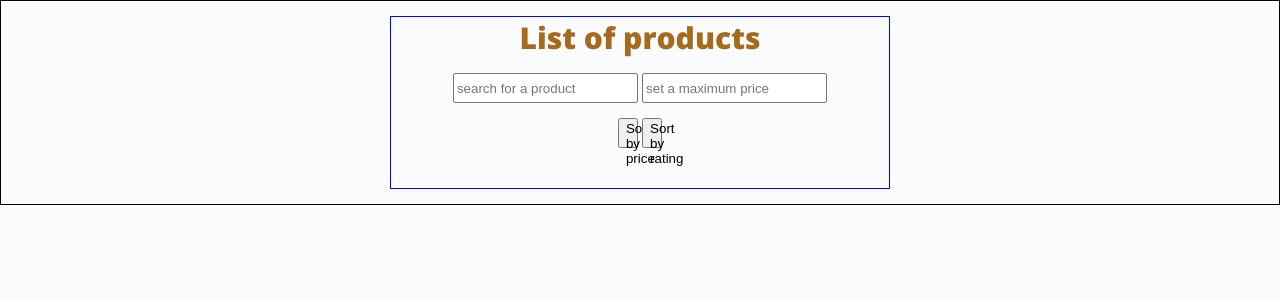
Repository: andrii1/hyf-homework
Page: javascript/javascript2/week2/hyf-bay/index.html
The author's editor kept a copy of each file at every save. The page is drawn from the files as they stood at one save, then again after the next save.
The browser window is 1280 px wide. The pictures show the whole page.

Above is the page before, as saved 2022-07-06 12:36:23.

### javascript/javascript2/week2/hyf-bay/index.html
<head>
  <title>HyfBay - list of products</title>
  <meta name="viewport" content="width=device-width, initial-scale=1" />
  <link rel="stylesheet" type="text/css" href="main.css" />
  <link
    href="https://fonts.googleapis.com/css?family=Open+Sans:400,800"
    rel="stylesheet"
  />
</head>

<body>
  <main>
    <section class="box-products">
      <h1>List of products</h1>
      <form action="#" class="form">
        <input type="text" id="search" placeholder="search for a product" />
        <input
          type="text"
          id="maximumPrice"
          placeholder="set a maximum price"
        />
      </form>
      <button id="price-sort">Sort by price</button>
      <button id="rating-sort">Sort by rating</button>
      <ul id="list"></ul>
    </section>
  </main>
  <script src="hyfBayHelpers.js"></script>
  <script src="main.js"></script>
</body>

### javascript/javascript2/week2/hyf-bay/main.css
body {
    font-family: "Open Sans", sans-serif;
    background-color: #F9FBFD;
}

* {
    box-sizing: border-box;
}

body, h1, h2 {
    margin: 0;
}

h1 {
  font-size: 30px;
  color: rgb(167, 105, 28);
}

h2 {
  font-size: 24px;
}

ul {
    list-style-type: none;
    margin: 0;
    padding: 10;
}

main {
  display: flex;
  align-items: center;
  justify-content: center;
  padding:15;
  align-items: center;
  border: 1px solid black;
}

.box-products {
  width: 500px;
  border: 1px solid blue;
  text-align: center
}

form {
  margin: 15 0;
}

input[type=text] {
  height: 30px;
}

button {
  width: 20px;
  height: 30px;
}

### javascript/javascript2/week2/hyf-bay/hyfBayHelpers.js
/* DONT MODIFY ANY OF THIS CODE!!!*/

window.getAvailableProducts = function () {
  function getRandomInt(min, max) {
    min = Math.ceil(min);
    max = Math.floor(max);
    return Math.floor(Math.random() * (max - min + 1)) + min;
  }

  function getRandomItem(availableProductNames) {
    return availableProductNames[
      getRandomInt(0, availableProductNames.length - 1)
    ];
  }

  function getRandomProductname() {
    const preWords = [
      "Used",
      "Fantastic",
      '"Used"',
      "Broken",
      "Beautiful",
      "Wet",
      "Green",
      "Sloppy",
      "Dirty",
    ];
    const productNames = [
      "Carrot",
      "Drone",
      "Giftcard",
      "Puppy",
      "Car",
      "Shirt",
      "Milk",
      "Chalk",
      "Fish fingers",
      "Socks",
      "Chocolate",
      "Toothbrush",
      "Computer",
      "Nokia",
      "Cologne",
    ];

    let chosenProductName = getRandomItem(productNames);
    const shouldHavePreWord = getRandomInt(0, 10) > 6;

    if (shouldHavePreWord) {
      const preWord = preWords[getRandomInt(0, preWords.length - 1)];
      chosenProductName = `${preWord} ${chosenProductName}`;
    }

    return chosenProductName;
  }

  const numberOfAvailableProducts = getRandomInt(0, 30);
  const availableProducts = Array.apply(
    null,
    Array(numberOfAvailableProducts)
  ).map(() => {
    const name = getRandomProductname();
    return {
      id: `${name}${getRandomInt(0, 100000)}`,
      name,
      price: getRandomInt(0, 10000),
      rating: getRandomInt(1, 10),
    };
  });

  return availableProducts;
};

### javascript/javascript2/week2/hyf-bay/main.js
console.log("Script loaded");
const products = getAvailableProducts();
console.log(products);
let clickCount = 0;
let clickCountRating = 0;
const searchInput = document.getElementById("search");
const maximumPriceInput = document.getElementById("maximumPrice");
const buttonSortPrice = document.getElementById("price-sort");
const buttonSortRating = document.getElementById("rating-sort");
searchInput.addEventListener("input", filterProducts);
maximumPriceInput.addEventListener("input", filterProductsByPrice);
buttonSortPrice.addEventListener("click", sortProductsByPrice);
buttonSortRating.addEventListener("click", sortProductsByRating);
function filterProducts(event) {
  const filteredProducts = products.filter((product) =>
    product.name.toLowerCase().includes(event.target.value)
  );
  renderProducts(filteredProducts);
}

function filterProductsByPrice(event) {
  const filteredProducts = products.filter(
    (product) => product.price < event.target.value
  );
  renderProducts(filteredProducts);
}

function sortProductsByPrice() {
  if (clickCount % 2 == 0) {
    const sortedProducts = products.sort((a, b) => a.price - b.price);
    renderProducts(sortedProducts);
  } else {
    const sortedProducts = products.sort((a, b) => b.price - a.price);
    renderProducts(sortedProducts);
  }

  clickCount++;
}

function sortProductsByRating() {
  if (clickCountRating % 2 == 0) {
    const sortedProducts = products.sort((a, b) => a.rating - b.rating);
    renderProducts(sortedProducts);
  } else {
    const sortedProducts = products.sort((a, b) => b.rating - a.rating);
    renderProducts(sortedProducts);
  }

  clickCountRating++;
}

const list = document.querySelector("#list");

function renderProducts(products) {
  // your code here
  list.innerHTML = "";
  for (let i = 0; i < products.length; i++) {
    const listItem = document.createElement("li");
    const name = document.createElement("h2");
    const price = document.createElement("p");
    const rating = document.createElement("p");
    name.innerHTML = products[i].name;
    price.innerHTML = `price: ${products[i].price}`;
    rating.innerHTML = `rating: ${products[i].rating}`;
    list.appendChild(listItem);
    list.appendChild(name);
    list.appendChild(price);
    list.appendChild(rating);
  }
}

//renderProducts(products); // This should create the ul and the li's with the individual products details

After the next save:
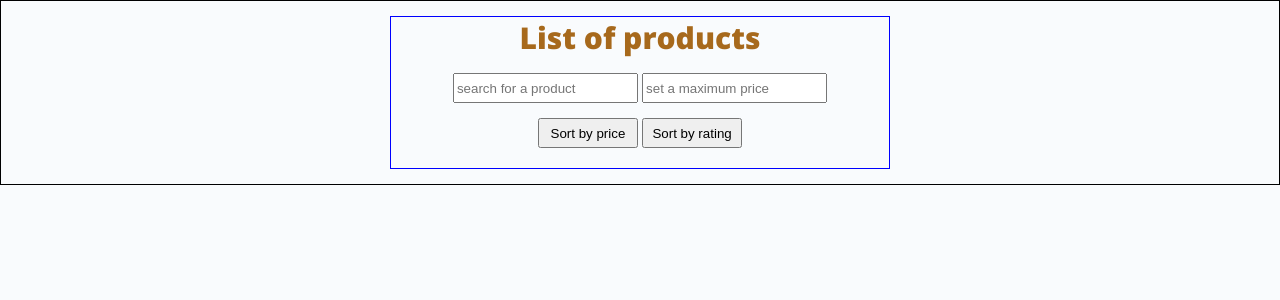
Saved 7 s later.
--- a/javascript/javascript2/week2/hyf-bay/main.css
+++ b/javascript/javascript2/week2/hyf-bay/main.css
@@ -50,6 +50,6 @@ input[type=text] {
 }
 
 button {
-  width: 20px;
+  width: 100px;
   height: 30px;
 }
